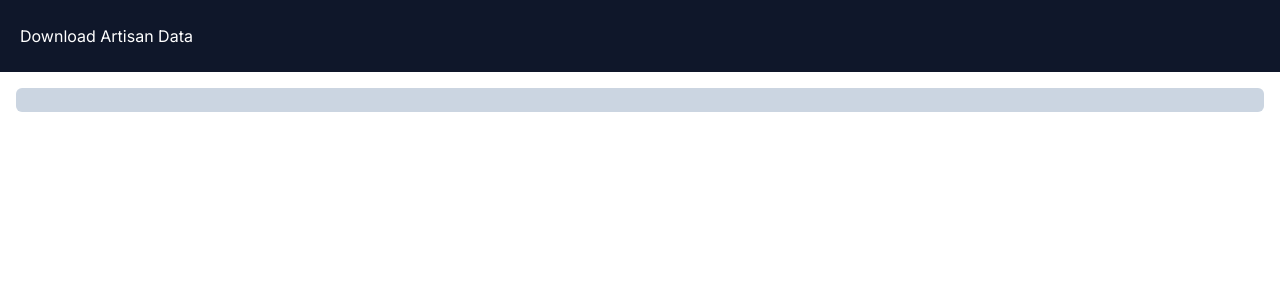
Repository: marcusdashe/artisanindex_frontend
Page: /components/DownloadDataScreen
The author's editor kept a copy of each file at every save. The page is drawn from the files as they stood at one save, then again after the next save.
The browser window is 1280 px wide. The pictures show the whole page.
The project was rebuilt for these pictures with package versions that can differ from the ones it lists, and the page was loaded fresh each time. The framework's server and built-in components were replaced by stand-ins that run in the browser. Also part of the build but not shown: next.config.js.

Above is the page before, as saved 2023-03-07 12:47:42.

### pages/_document.js
import { Html, Head, Main, NextScript } from "next/document";

export default function Document() {
  return (
    <Html lang="en">
      <Head>
        <link rel="preconnect" href="https://fonts.googleapis.com" />
        <link
          rel="preconnect"
          href="https://fonts.gstatic.com"
          crossOrigin="true"
        />
        <link
          href="https://fonts.googleapis.com/css2?family=Inter:wght@100;200;300;400;500;600&display=swap"
          rel="stylesheet"
        />
      </Head>
      <body>
        <Main />
        <NextScript />
      </body>
    </Html>
  );
}

### pages/components/DownloadDataScreen.js
import React from "react";

function DownloadDataScreen() {
  return (
    <div className="w-full h-[100vh]">
      <div className="w-full h-[10vh] bg-slate-900 flex items-center content-center justify-start text-white p-5">
        <h1>Download Artisan Data</h1>
      </div>
      <div className="w-full h-[90vh] p-4">
        <div className="w-full rounded-md p-3 bg-slate-300 flex flex-col"></div>
      </div>
    </div>
  );
}

export default DownloadDataScreen;

### styles/globals.css
@tailwind base;
@tailwind components;
@tailwind utilities;

@layer base {
  html {
    font-family: "Inter", sans-serif;
  }
}

### tailwind.config.js
/** @type {import('tailwindcss').Config} */

module.exports = {
  content: [
    "./pages/**/*.{js,ts,jsx,tsx}",
    "./components/**/*.{js,ts,jsx,tsx}",
  ],
  theme: {
    extend: {},
  },
  plugins: [],
};

Loaded but not shown: pages/_app.js (common file)

After the next save:
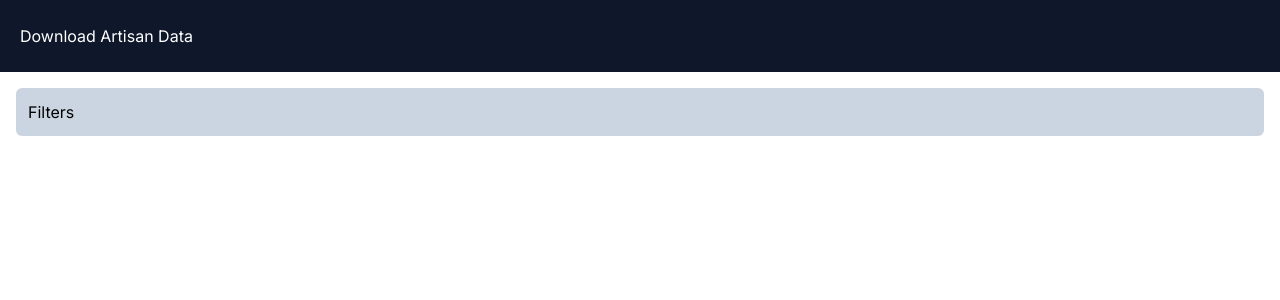
Saved 7 s later.
--- a/pages/components/DownloadDataScreen.js
+++ b/pages/components/DownloadDataScreen.js
@@ -7,7 +7,9 @@ function DownloadDataScreen() {
         <h1>Download Artisan Data</h1>
       </div>
       <div className="w-full h-[90vh] p-4">
-        <div className="w-full rounded-md p-3 bg-slate-300 flex flex-col"></div>
+        <div className="w-full rounded-md p-3 bg-slate-300 flex flex-col">
+          <h4>Filters</h4>
+        </div>
       </div>
     </div>
   );
